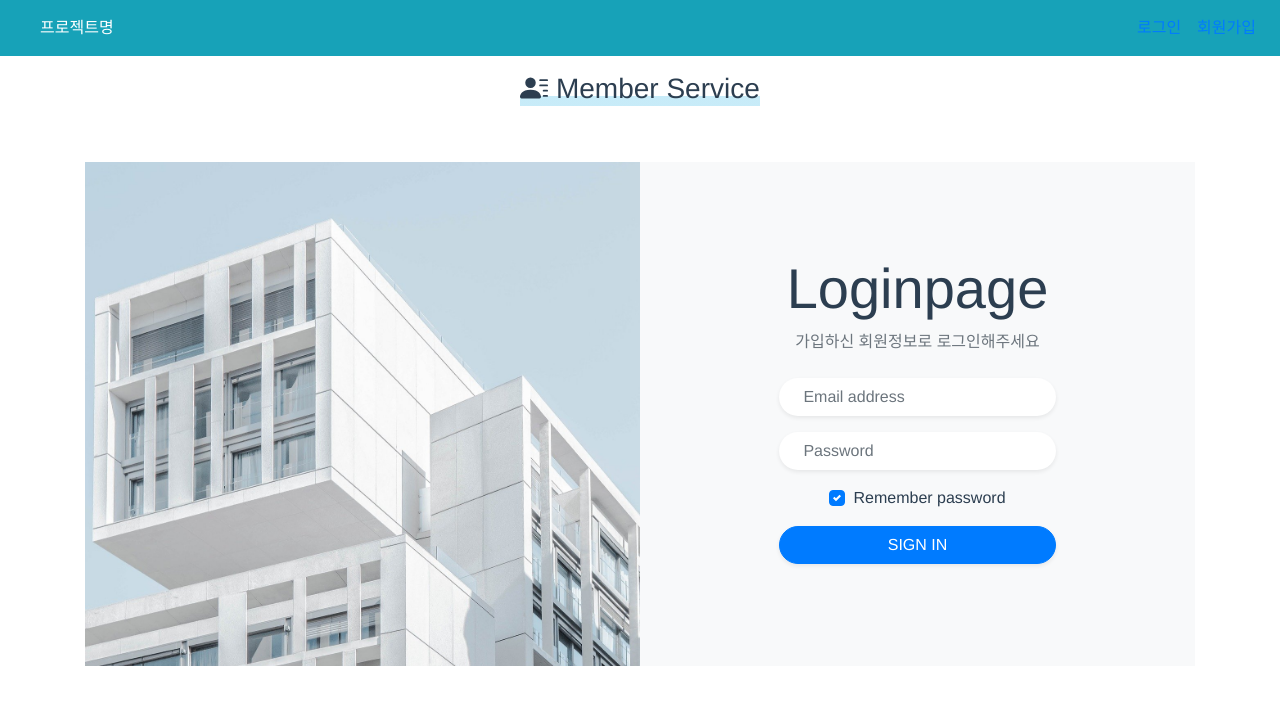
Repository: cheery72/Project_Real_estate
Page: /user/singin (app in frontend/)
The author's editor kept a copy of each file at every save. The page is drawn from the files as they stood at one save, then again after the next save.
The browser window is 1280 px wide. The pictures show the whole page.
The project was rebuilt for these pictures with package versions that can differ from the ones it lists, and the page was loaded fresh each time. Also part of the build but not shown: frontend/vue.config.js, frontend/src/components/user/child/MemberJoinForm.vue, frontend/src/components/user/MemberJoin.vue, frontend/src/components/user/child/MemberInfoForm.vue, frontend/src/components/user/MemberMyPage.vue, frontend/src/components/user/BookMarkListRow.vue, frontend/src/components/user/MemberMyBookmark.vue. Imported but missing from the stored project, and not drawn on this page: frontend/src/views/Home.vue.

Above is the page before, as saved 2021-11-25 11:13:28.

After the next save:
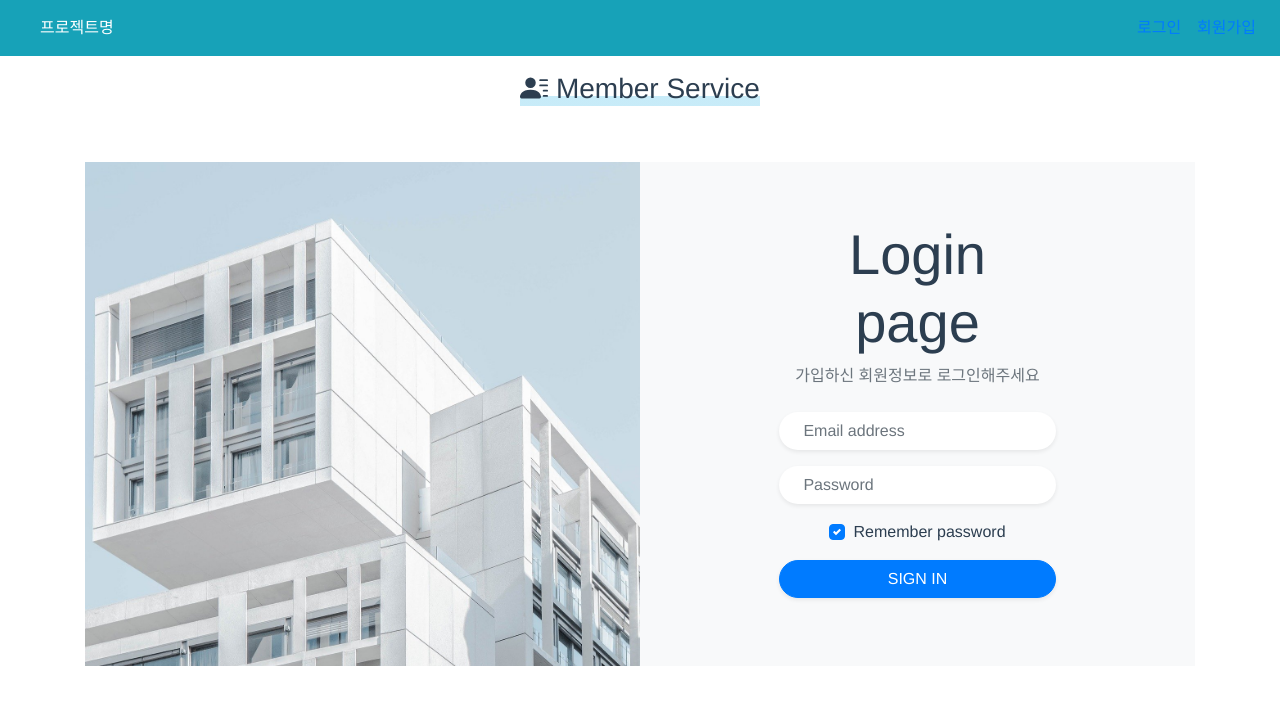
Saved 12 s later.
--- a/frontend/src/components/user/MemberLogin.vue
+++ b/frontend/src/components/user/MemberLogin.vue
@@ -16,7 +16,7 @@
                 <div class="container">
                     <div class="row">
                         <div class="col-lg-10 col-xl-7 mx-auto">
-                            <h2 class="display-4">Loginpage</h2>
+                            <h2 class="display-4">Login page</h2>
                             <p class="text-muted mb-4">가입하신 회원정보로 로그인해주세요</p>
                             <form>
                                 <div class="form-group mb-3">
